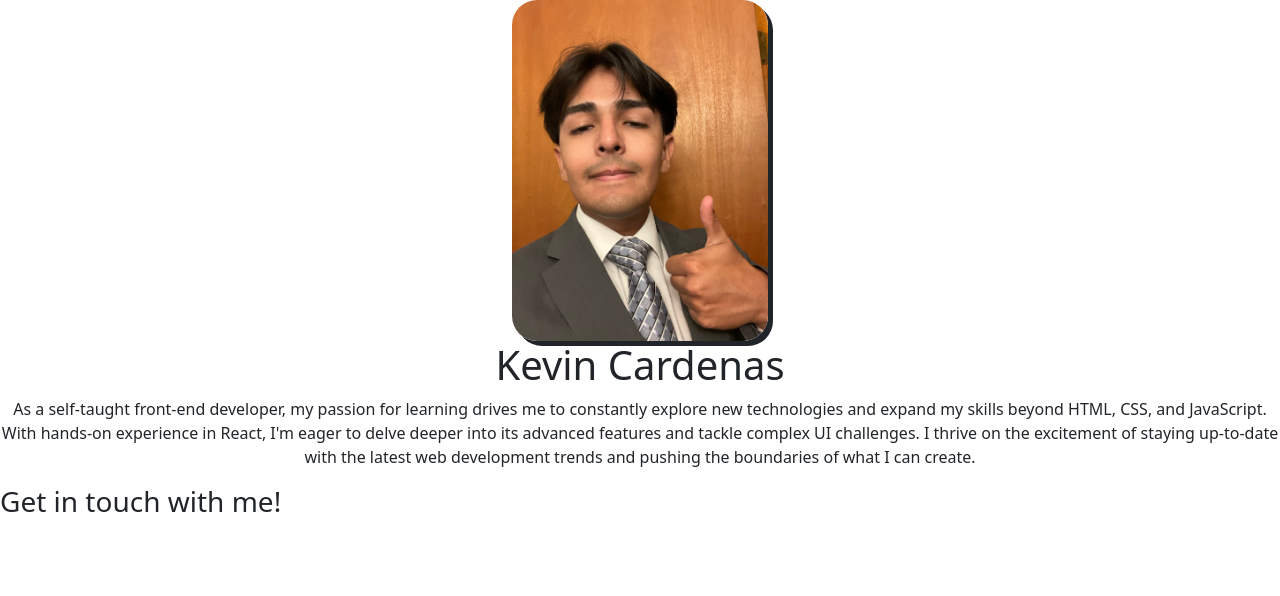
Repository: elqueben/elqueben.github.io
Page: public/index.html
These files come from the project's save history. The page is drawn as it stood at one moment and after a run of saves; the edit follows.
The browser window is 1280 px wide. The pictures show the whole page.

Above is the page before, as saved 2023-06-20 11:51:44.

### public/index.html
<!DOCTYPE html>
<html lang="en">
<head>
  <meta charset="UTF-8">
  <meta name="viewport" content="width=device-width, initial-scale=1.0">
  <link rel="stylesheet" href="https://cdn.jsdelivr.net/npm/bootstrap@5.2.3/dist/css/bootstrap.min.css" integrity="sha384-rbsA2VBKQhggwzxH7pPCaAqO46MgnOM80zW1RWuH61DGLwZJEdK2Kadq2F9CUG65" crossorigin="anonymous">
  <link rel="stylesheet" href="styles.css">
  <title>elqueben</title>
</head>
<body>
  <div>
    <img id="pfp" src="me.jpg" />
  </div>
  <h1 class="text-center">Kevin Cardenas</h1>
  <p class="text-center">As a self-taught front-end developer, my passion for learning drives me to constantly explore new technologies and expand my skills beyond HTML, CSS, and JavaScript. With hands-on experience in React, I'm eager to delve deeper into its advanced features and tackle complex UI challenges. I thrive on the excitement of staying up-to-date with the latest web development trends and pushing the boundaries of what I can create.</p>
  <div>
    <h3>Get in touch with me!</h3>
    <div>

    </div>
  </div>
</body>
</html>

### public/styles.css
#pfp {
    width: 20%;
    display: block;
    margin: 0 auto;
    border: 2px;
    border-radius: 25px;
    box-shadow: 5px 5px;
  }

After the next 4 saves:
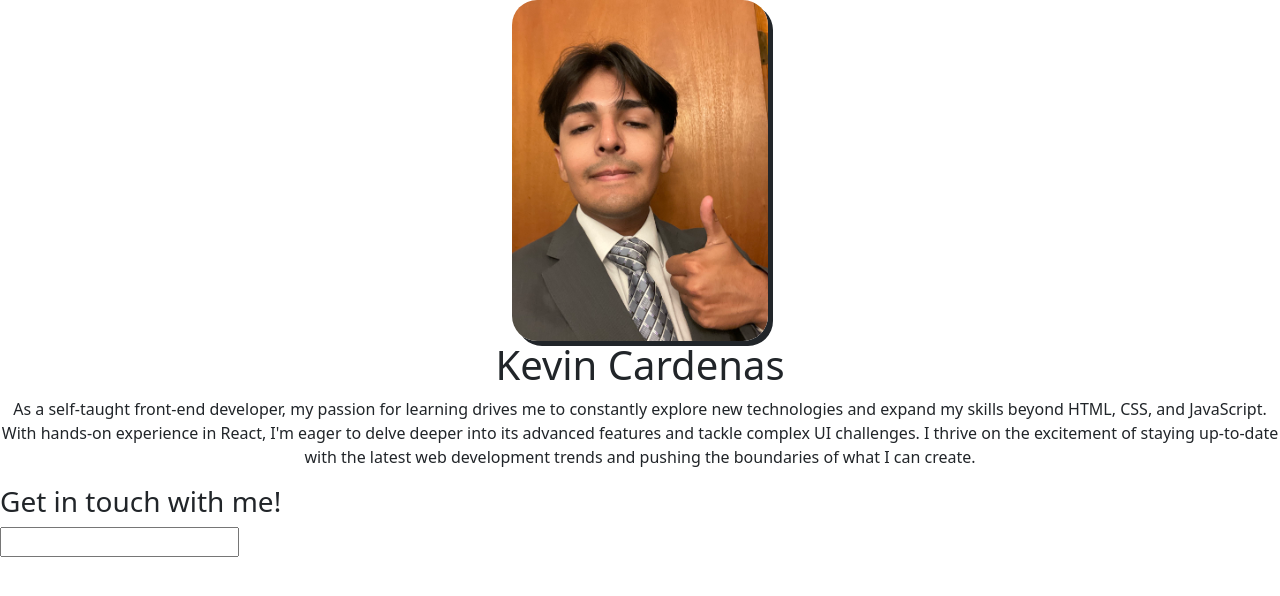
The 4 saves are shown as one change because they came seconds apart.
The last was saved 10 s later.
--- a/public/index.html
+++ b/public/index.html
@@ -16,7 +16,9 @@
   <div>
     <h3>Get in touch with me!</h3>
     <div>
-
+      <form>
+        <input
+      </form>
     </div>
   </div>
 </body>
